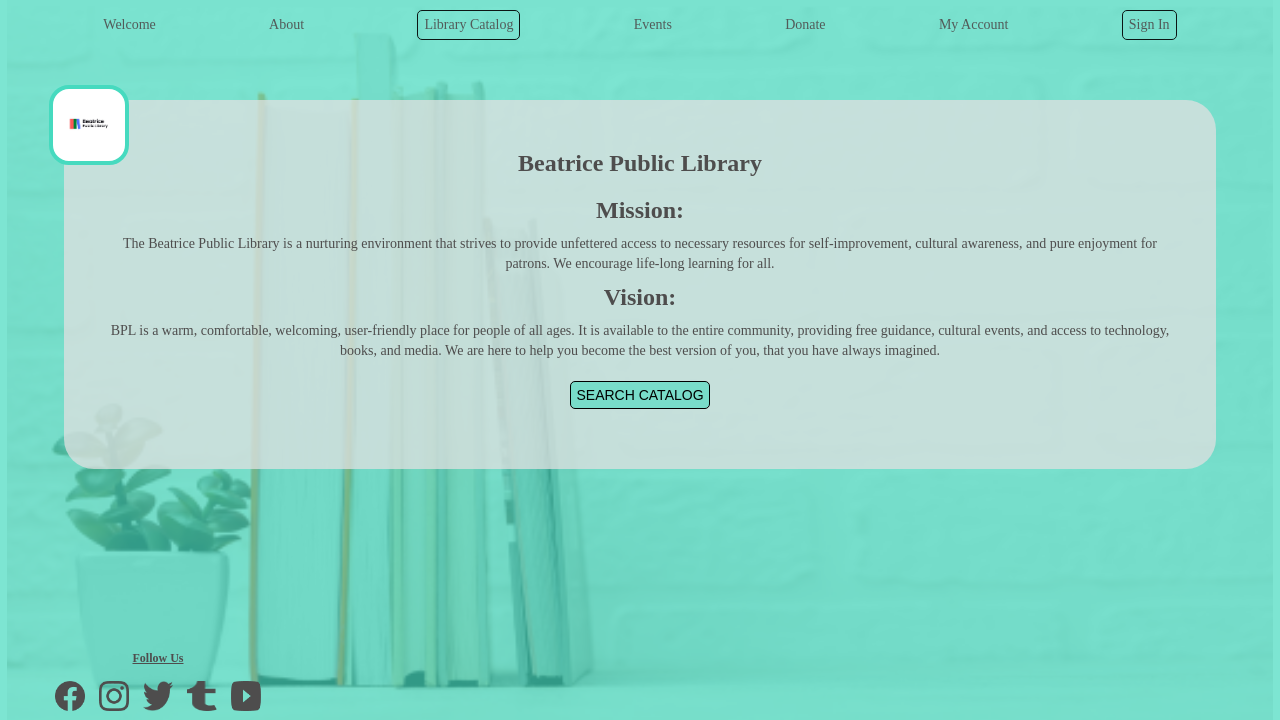
Repository: cokoduwa/RA-Wk5-Library
Page: about.html
The author's editor kept a copy of each file at every save. The page is drawn from the files as they stood at one save, then again after a run of saves.
The browser window is 1280 px wide. The pictures show the whole page.

Above is the page before, as saved 2023-01-26 22:39:56.

### about.html
<!DOCTYPE html>
<html lang="en">
<head>
    <meta charset="UTF-8">
    <meta http-equiv="X-UA-Compatible" content="IE=edge">
    <meta name="viewport" content="width=device-width, initial-scale=1.0">
    <link rel="stylesheet" href="about.css">
    <title>About The Library</title>
</head>
<body>

    <div class="back-img-2">
        <div class="back-color">
            <nav>
                <div class="menu-options">
                    <a href="index.html">Welcome</a>
                    <a href="#">About</a>
                    <a class="nav-link" href="#">Library Catalog</a>
                    <a href="#">Events</a>
                    <a href="#">Donate</a>
                    <a href="#">My Account</a>
                    <a class="nav-link" href="signin.html">Sign In</a>
                </div>
            </nav>

            <main>
                <div class="sections">

                    <section id="about" class="card">
                        <img id="logo" src="images/BPLcanvaLogo.jpeg" alt="BPL Logo">

                            <h1>Beatrice Public Library</h1>

                            <h2>Mission:</h2>
                            <p>The Beatrice Public Library is a nurturing environment that strives to provide unfettered
                                access to necessary resources for self-improvement, cultural awareness, and pure enjoyment
                                for patrons. We encourage life-long learning for all.</p>

                            <h2>Vision:</h2>
                            <p>BPL is a warm, comfortable, welcoming, user-friendly place for people of all ages. It is
                                available to the entire community, providing free guidance, cultural events, and access to
                                technology, books, and media. We are here  to help you become the best version of you, that
                                you have always imagined.</p>

                            <button>SEARCH CATALOG</button>

                        </section>

                </div>

            </main>

            <footer id="footer">
                <h3>Follow Us</h3>
                <img class="social-media-logos" src="images/facebook.png" alt="Facebook Logo">
                <img class="social-media-logos" src="images/instagram.png" alt="Instagram Logo">
                <img class="social-media-logos" src="images/twitter.png" alt="Twitter Logo">
                <img class="social-media-logos" src="images/tumblr.png" alt="Tumblr Logo">
                <img class="social-media-logos" src="images/youtube.png" alt="YouTube Logo">
            </footer>

        </div>

    </div>

</body>
</html>

### about.css
*{
    padding:0;
    margin:0;
    box-sizing: border-box;
}

body {
    color: #4E4D4D;
    font-family: 'Arial Rounded MT Bold';
    width: 100%;
}

.back-color {
    background-color: rgb(70, 218, 191, 0.7);
    height: 100vh;
}

.back-img-2 {
    height: 100%;
    background-position: center;
    background-size: contain;
    background-image: url("images/books-plant.png");
    background-repeat: no-repeat;

}

/****** Navigation Bar/Menu for all pages ******/
.menu-options{
    display: flex;
    justify-content: space-evenly;
    align-items: center;
    gap: 10px;
    opacity: 0.9;
    padding:10px 0;
}

nav a {
    text-decoration: none;
    color: #4E4D4D;
    font-size: 8px;
}
.nav-link {
    border-radius: 5px;
    border: 1px solid black;
    padding: 6px;
}

/***** Main Sections ******/
.sections {
    width: 90%;
    margin: 0 auto;

}

.card {
    background-color: rgba(224, 224, 224, 0.75);
    position: relative;
    border-radius: 30px;
    margin: 50px 0;
}


/****** Section ******/

#about {
    text-align: center;
    padding: 40px;
    margin: 50px auto;
}

#about h1 {
    padding: 10px;
}

#about p {
    padding: 10px auto;
    font-size: 12px;
    line-height: 20px;
}

#about h2 {
    font-size: 14px;
    padding: 10px;
}

#about button {
    font-size: 12px;
    padding: 5px;
    margin: 20px auto;
    background-color: rgb(70, 218, 191, 0.6);
    border-radius: 5px;
    border: solid 1px;
}

#logo {
    width: 80px;
    height: 80px;
    border-radius: 20px;
    border: 4px solid #46DABF;
    padding: 10px;
    position: absolute;
    top: -15px;
    left: -15px;
    background-color: white;
}

#logo img {
    width: 100%;
}



/****** Footer for all pages ******/

footer {
    text-align: center;
    left: 50px;

}

footer h3 {
    font-size: 12px;
    text-decoration: underline;
    padding: 10px;
}

#footer {
    position: absolute;
    bottom: 0;

}

.social-media-logos{
    width: 2.5em;
    height: 2.5em;
    padding: .3em;
}


/***** Media Queries *****/

/* Medium devices (landscape tablets, 768px and up) */
@media only screen and (min-width: 768px) {
    nav a {
        font-size: 14px;
    }

    #about p {
        font-size: 16px;
    }

    #about h2 {
        font-size: 18px;
    }

}

/* Large devices (laptops/desktops, 992px and up) */
@media only screen and (min-width: 992px) {

    #about p {
        font-size: 14px;
    }

    #about h2 {
        font-size: 24px;
    }

    #about button {
        font-size: 14px;
    }
}

After the next 2 saves:
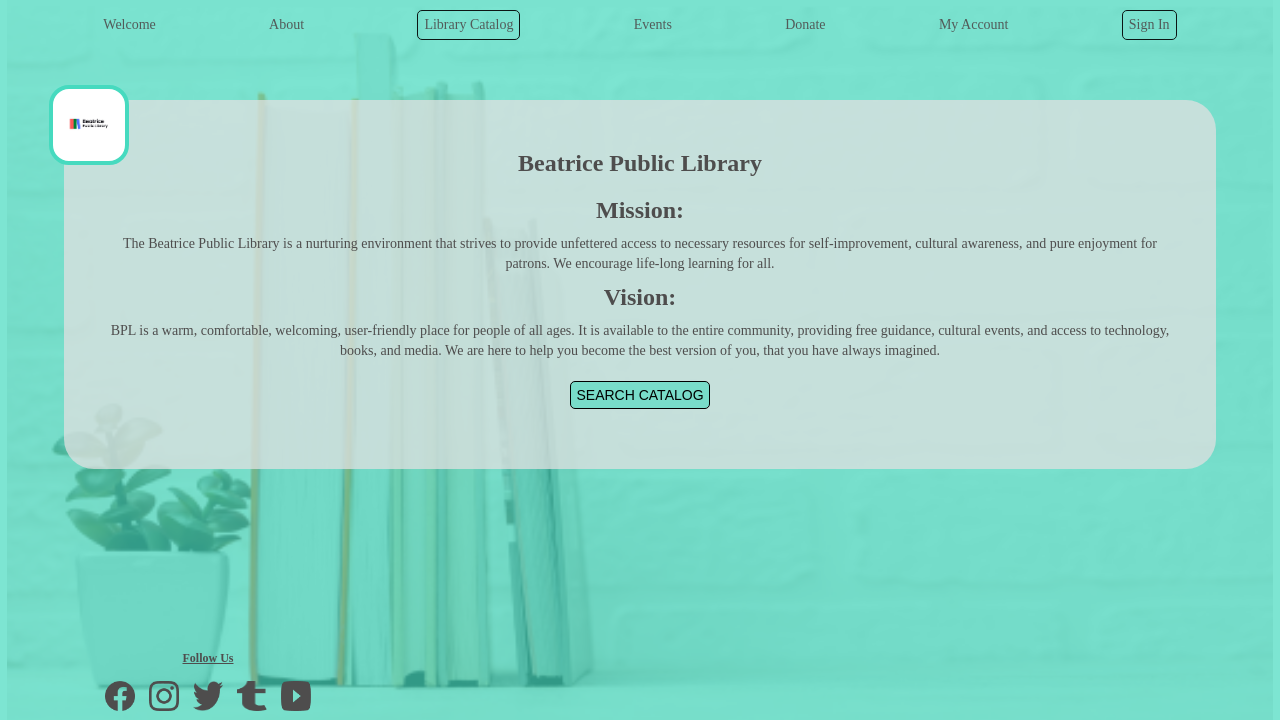
The 2 saves are shown as one change because they came seconds apart.
The last was saved 9 s later.
--- a/about.css
+++ b/about.css
@@ -114,7 +114,7 @@
 
 footer {
     text-align: center;
-    left: 50px;
+    left: 100px;
 
 }
 
